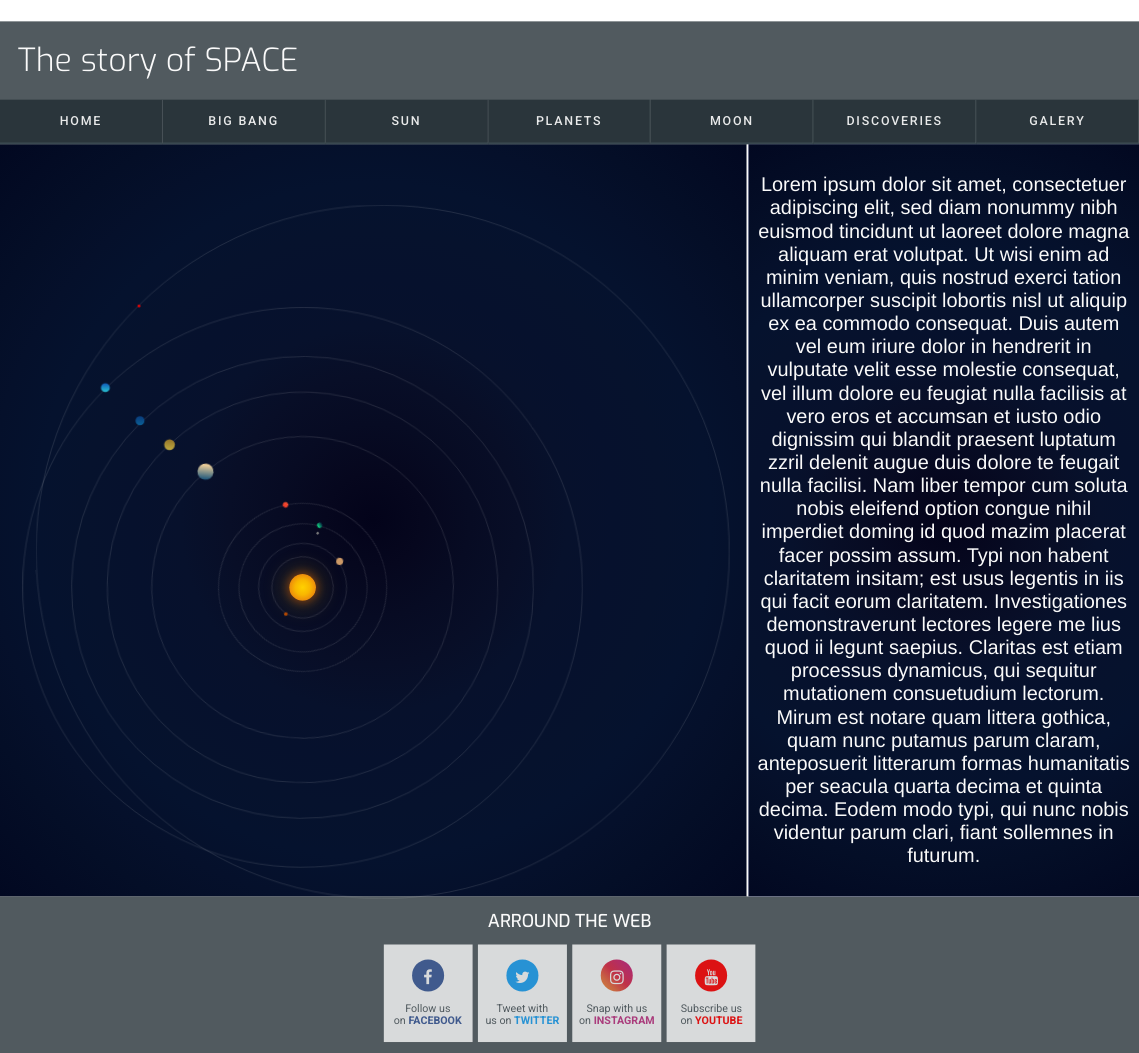
Repository: OlaQla/First-Milestones-Project
Page: index.html
The author's editor kept a record of every edit. The page is drawn from the files as they stood at one moment, then again after the next edit.
The browser window is 1280 px wide. The pictures show the whole page, at 89% of full size.
Backgrounds fixed to the window are drawn as part of the page. Some web libraries are served in a nearby version.

Above is the page before.

### index.html
<!DOCTYPE html>
<html lang="en">

<head>
    <meta charset="UTF-8">
    <meta name="viewport" content="width=device-width, initial-scale=1.0">
    <meta http-equiv="X-UA-Compatible" content="ie=edge">
    <title>Document</title>
    <link rel="stylesheet" href="https://maxcdn.bootstrapcdn.com/font-awesome/4.7.0/css/font-awesome.min.css" type="text/css" />
    <link rel="stylesheet" href="https://cdnjs.cloudflare.com/ajax/libs/hover.css/2.1.1/css/hover-min.css" type="text/css" />
    <link rel="stylesheet" href="https://cdnjs.cloudflare.com/ajax/libs/hover.css/2.1.1/css/hover-min.css" type="text/css" />
    <link rel="stylesheet" href="https://maxcdn.bootstrapcdn.com/font-awesome/4.7.0/css/font-awesome.min.css" type="text/css" />
    <link rel="stylesheet" href="main.css" type="text/css" />
</head>


<body>
    <header class="header">

        <div class="title">
            <h1>The story of <span>space</span></h1>
        </div>

        <nav class="menu" id="main-menu">
            <button class="menu-toggle" id="toggle-menu"> toggle menu </button>
            <div class="menu-dropdown">
                <ul class="nav-menu">
                    <li class="item-color  menuitem"><a href="#" class="home-button"><span >Home</span></a></li>
                    <li class="item-color  menuitem"><a href="#" class="bigBang-button"><span >Big Bang</span></a></li>
                    <li class="item-color  menuitem"><a href="# " class="sun-button"><span>Sun</span></a></li>

                    <div class=dropdown>
                        <li class="item-color menuitem"><a href="#" class="planets-button"><span>Planets</span></a>
                        </li>
                        <ul class="dropdown-content">
                            <li class="dropdownItem"><a href="" class="dropdownLink"><span>Mercury</span></a></li>
                            <li class="dropdownItem"><a href="" class="dropdownLink"><span>Venus</span></a></li>
                            <li class="dropdownItem"><a href="" class="dropdownLink"><span>Earth</span></a></li>
                            <li class="dropdownItem"><a href="" class="dropdownLink"><span>Mars</span></a></li>
                            <li class="dropdownItem"><a href="" class="dropdownLink"><span>Jupiter</span></a></li>
                            <li class="dropdownItem"><a href="" class="dropdownLink"><span>Saturn</span></a></li>
                            <li class="dropdownItem"><a href="" class="dropdownLink"><span>Uranus</span></a></li>
                            <li class="dropdownItem"><a href="" class="dropdownLink"><span>Neptun</span></a></li>
                        </ul>
                    </div>

                    <li class="item-color  menuitem"><a href="#" class="moon-button"><span>Moon</span></a></li>
                    <li class="item-color  menuitem"><a href="#" class="discoverires-button"><span >Discoveries</span></a></li>
                    <li class="item-color menuitem"><a href="#" class="galery-button"><span>Galery</span></a></li>
                </ul>
            </div>
        </nav>

    </header>
    <section class="wraper">
        <div class="container">
            <div class="column-main">

                <div class="solar">

                    <div class="sun"></div>

                    <div class="mercury-orbit">
                        <div class="mercury"></div>
                    </div>

                    <div class="venus-orbit">
                        <div class="venus"></div>
                    </div>

                    <div class="earth-orbit">
                        <div class="earth"></div>

                        <div class="moon-orbit">
                            <div class="moon"></div>
                        </div>
                    </div>

                    <div class="mars-orbit">
                        <div class="mars"></div>
                    </div>

                    <div class="jupiter-orbit">
                        <div class="jupiter"></div>
                    </div>

                    <div class="saturn-orbit">
                        <div class="saturn"></div>
                    </div>

                    <div class="uranus-orbit">
                        <div class="uranus"></div>
                    </div>

                    <div class="neptune-orbit">
                        <div class="neptune"></div>
                    </div>

                    <div class="pluto-orbit">
                        <div class="pluto"></div>
                    </div>

                    <div class="asteroids-orbit">
                        <div class="asteroids"></div>
                    </div>


                </div>

            </div>

            <div class="column-sidebar">
                <p>Lorem ipsum dolor sit amet, consectetuer adipiscing elit, sed diam nonummy nibh euismod tincidunt ut laoreet dolore magna aliquam erat volutpat. Ut wisi enim ad minim veniam, quis nostrud exerci tation ullamcorper suscipit lobortis nisl
                    ut aliquip ex ea commodo consequat. Duis autem vel eum iriure dolor in hendrerit in vulputate velit esse molestie consequat, vel illum dolore eu feugiat nulla facilisis at vero eros et accumsan et iusto odio dignissim qui blandit praesent
                    luptatum zzril delenit augue duis dolore te feugait nulla facilisi. Nam liber tempor cum soluta nobis eleifend option congue nihil imperdiet doming id quod mazim placerat facer possim assum. Typi non habent claritatem insitam; est
                    usus legentis in iis qui facit eorum claritatem. Investigationes demonstraverunt lectores legere me lius quod ii legunt saepius. Claritas est etiam processus dynamicus, qui sequitur mutationem consuetudium lectorum. Mirum est notare
                    quam littera gothica, quam nunc putamus parum claram, anteposuerit litterarum formas humanitatis per seacula quarta decima et quinta decima. Eodem modo typi, qui nunc nobis videntur parum clari, fiant sollemnes in futurum.</p>
            </div>
        </div>

    </section>

    <footer>
        <div class="conteiner-footer clearfix">



            <div class="section-media">
                <h5 class="uppercase general-sub">Arround The Web</h5>
                <ul class="social-links">
                    <li class="list-item">
                        <a target="_blank" href="#">
                            <i class="fa fa-facebook facebook-icon" aria-hidden="true"></i>
                            <span class="sr-only">Facebook</span>
                        </a>
                        <p>Follow us </br> on <span class="facebook-text">facebook</span></p>
                    </li>
                    <li class="list-item">
                        <a target="_blank" href="#">
                            <i class="fa fa-twitter twitter-icon" aria-hidden="true"></i>
                            <span class="sr-only">Twitter</span>
                        </a>
                        <p>Tweet with </br> us on <span class="twitter-text">twitter</span></p>
                    </li>

                    <li class="list-item">
                        <a target="_blank" href="#">
                            <i class="fa fa-instagram insta-icon" aria-hidden="true"></i>
                            <span class="sr-only">Instagram</span>
                        </a>
                        <p>Snap with us </br> on <span class="insta-text">Instagram</span></p>
                    </li>
                    <li class="list-item">
                        <a target="_blank" href="#">
                            <i class="fa fa-youtube youtube-icon" aria-hidden="true"></i>
                            <span class="sr-only">YouTube</span>
                        </a>
                        <p>Subscribe us </br> on <span class="youtube-text">YouTube</span></p>
                    </li>
                </ul>
            </div>
        </div>
    </footer>
    <script type="text/javascript">
        (function() {
            var button = document.getElementById('toggle-menu');
            button.addEventListener('click', function(event) {
                event.preventDefault();
                var menu = document.getElementById('main-menu');
                menu.classList.toggle('is-open');
            });
        })();
    </script>
</body>

</html>

### main.css
@import url('https://fonts.googleapis.com/css?family=Roboto:100,200,300,400,500,600,700|Exo:100,200,300,400,500,600,700');

:root {
    box-sizing: border-box;
    font-size: calc(1vw + 0.6em);
}

*,
*::before,
*::after {
    box-sizing: inherit;
}


body {
    margin: 0;
    font-family: Helvetica, Arial, sans-serif;
}


/*-----------------------------------------------dropdown*/

.dropdown {
    display: inline-block;
    position: relative;
    margin: 0;
    padding: 0;
}

.dropdown-content {
    display: none;
    position: absolute;
    list-style: none;
    background-color: #dae2e5;
    min-width: 250px;
    box-shadow: 0px 8px 16px 0px rgba(0, 0, 0, 0.2);
    z-index: 1;

}

.dropdownLink {
    width: 100%;
    text-decoration: none;
    display: block;
    background-color: #dae2e5;
    border-bottom: 1px solid #c3cfd5;
    padding: 10px 5px;

}

.dropdown:hover .dropdown-content {
    display: block;
}

.dropdownLink span {
    font-family: "Roboto", sans-serif;
    display: block;
    width: 100%;
    text-align: left;
    text-transform: uppercase;
    font-size: 14px;
    font-weight: 400;
    letter-spacing: 2px;
}


.item-color {
    background-color: #263238;
    opacity: 0.9;
}




/*-----------------------------------------------Header*/

.header {
    padding: 0px;
    background-color: #515a5f;
    font-family: "Exo", sans-serif;


}


.title {
    color: #fafafa;
    font-size: 16px;
    margin: 0;

}

.title span {
    text-transform: uppercase;
    font-weight: 300;
}

.title h1 {
    font-weight: 300;
    color: #fafafa;
    padding: 20px;
    margin-bottom: 0px;
}


/*-----------------------------------------------Nav-Menu*/

.menu {
    position: relative;
}

.nav-menu {

    list-style: none;
    margin-top: 0;
}


.menuitem {

    text-decoration: none;
    height: 50px;
    text-align: left;
    padding: 0;
    border-bottom: 2px solid #37474F;
}

.menuitem a {
    text-decoration: none;
    color: #fafafa;

}

.menuitem span {
    font-family: "Roboto", sans-serif;
    display: block;
    width: 100%;
    padding: 15px 15px;
    text-align: left;
    text-transform: uppercase;
    font-size: 14px;
    font-weight: 400;
    letter-spacing: 2px;
}

.menu-toggle {
    position: absolute;
    top: -1.5em;
    right: 2px;
    border: 0;
    background-color: transparent;
    font-size: 35px;
    width: 1em;
    height: 1em;
    line-height: 0.4em;
    text-indent: 5em;
    white-space: nowrap;
    overflow: hidden;
}

.menu-toggle::after {
    position: absolute;
    top: 0.2em;
    left: 0.2em;
    display: block;
    content: "\2261";
    text-indent: 0;


}

button {
    color: #2BBBAD;
    padding: 0;

}

.menu-dropdown {
    display: none;
    position: absolute;
    right: 0;
    left: 0;
    margin-top: 0px;


}

.menu.is-open .menu-dropdown {
    display: block;

}

/*-----------------------------------------------Media-Header*/

@media (min-width: 768px) {
    .title>h1 {
        font-size: 2.25em;
    }
}

@media (min-width: 560px) {
    .header>h1 {
        padding: 1em;
    }
}

@media (min-width: 768px) {
    .menu-toggle {
        display: none;
    }

    .menu-dropdown {
        display: block;
        position: static;
    }
}

@media (min-width: 768px) {
    .nav-menu {
        display: flex;
        border: 0;
        padding: 0;
        margin: 0;
    }

}

@media (min-width: 768px) {
    .nav-menu>li {
        flex: 1;
        border-right: 1px #515a5f solid;
    }
    .nav-menu>div {
        flex: 1;
        border-right: 1px #515a5f solid;
    }

    .nav-menu>li>a>span {
        text-align: center;
        padding: 15px 15px;
        font-weight: 500;
    }

    .nav-menu>div>li>a {
        text-align: center;

        font-weight: 500;
        padding: 0;
        display: block;
    }

    .nav-menu>li>a {
        text-align: center;
        font-weight: 500;
        padding: 0;
        display: block;
    }

}

.nav-menu>div>li>a>span {
    text-align: center;
    font-weight: 500;
    padding: 15px 15px;
}



@media (min-width: 768px) {

    .home-button :hover {
        color: #2BBBAD;


    }
    .bigBang-button :hover {
        color: #4285F4;
    }
    .sun-button :hover {
        color: #ffff00;
    }
    .planets-button:hover {
        color: #00C851;
    }
    .moon-button :hover {
        color: #ffb300;
    }
    .discoverires-button:hover {
        color: rgba(205, 220, 57, 0.7);
    }
    .galery-button :hover {
        color: rgba(0, 188, 212, 0.7);
    }

    li {

        transition-duration: 1s;
        transition-timing-function: easy-in-out;
    }

    li:hover {
        transform: scale(1.1);

    }
}

@media (max-width: 767px) {
    .dropdown:hover .dropdown-content {
        display: none;
    }

    .dropdown {
        display: block;
        margin: 0;
        padding: 0;
    }

    .dropdown .planets-button span {
        width: 100%;
        text-align: left;
        padding-left: 15px 15px;
        font-weight: 400;
    }
}


/*-----------------------------------------------Footer*/

footer {
    display: block;
    background-color: #515a5f;
    color: #fafafa;
    min-height: 120px;
    margin: 0;


}


.general-sub {
    font-family: "Exo", sans-serif;
    text-align: center;
    font-size: 20px;
    font-weight: 500;
    color: #fafafa;
    margin: 0px
}


.section-media {
    width: 100%;
    float: center;
    padding-top: 15px;
    margin-right: 0;
}

.clearfix:after {
    content: " ";
    visibility: hidden;
    display: block;
    height: 0;
    clear: both;
}


.uppercase {
    text-transform: uppercase;
}



.inline-block {
    display: inline-block;
}

.social-links {
    display: block;
    text-align: center;
    list-style: none;
    padding: 10px 5px;
    margin: 0;
}

.list-item {
    margin: 2px 0;
    width: 100px;
    height: 90px;
    padding: 5px 5px;
    display: inline-table;
    background-color: #fafafa;
    opacity: 0.8;
}

.facebook-icon {
    background-color: #3C5A99;
}

.facebook-text {
    color: #3C5A99;
}

.twitter-icon {
    background-color: #1DA1F2;
}

.twitter-text {
    color: #1DA1F2;
}

.insta-icon {
    background: linear-gradient(45deg, #f09433 0%, #e6683c 25%, #dc2743 50%, #cc2366 75%, #bc1888 100%);
}

.insta-text {
    color: #c13584;
}

.youtube-icon {
    background-color: #ff0000;
}

.youtube-text {
    color: #ff0000;
}

.social-links p {
    font-family: Roboto, sans-serif;
    color: #515a5f;
    font-size: 12px;
    font-weight: 400;
    text-align: center;
}

.social-links p span {
    text-transform: uppercase;
    font-weight: bolder;
}

.social-links li a i {
    width: 36px;
    height: 36px;
    padding: 18px 0;
    margin-top: 12px;
    border-radius: 50%;
    font-size: 18px;
    line-height: 7px;
    text-align: center;
    color: #fafafa;
    transition: all 0.35s ease-in-out;
    -moz-transition: all 0.35s ease-in-out;
    -webkit-transition: all 0.35s ease-in-out;
    -o-transition: all 0.35s ease-in-out;
}


@media (min-width: 768px) {
    .section-download i {

        transition-duration: 1s;
        transition-timing-function: easy-in-out;
    }

    .section-download i:hover {
        transform: scale(1.1);

    }
}

/*-----------------------------------------------HomePage*/

.container {
    display: flex;
}

.container>*+* {
    margin-top: 0;
    margin-left: 0px;
}

.column-main {
    flex: 2;
}

.column-sidebar {
    flex: 1;
}


/*--------------------------------------------column-main */
.column-sidebar{
    background-color: #c1c1f8;
    color:#fafafa;
    text-align: center;
    padding: 10px 10px;
        background-image: radial-gradient(circle, #03031a, #06071e, #070b23, #080e27, #07112c, #06112d, #06122d, #05122e, #05102b, #040e27, #030b24, #020821);

}
.column-main {
    font: Arial, sans-serif;
    color: #fff;
    background-image: radial-gradient(circle, #03031a, #06071e, #070b23, #080e27, #07112c, #06112d, #06122d, #05122e, #05102b, #040e27, #030b24, #020821);
    background-attachment: fixed;
    background-repeat: no-repeat;
    border-right: 2px solid #fafafa;

}
  .solar{
    position: absolute;
    top: 50%;
    left: 50%;
    margin-top: 300px;
    margin-left: -300px;
}

.sun {
    width: 30px;
    height: 30px;
    border-radius: 100%;
    position: absolute;
    top: 50%;
    left: 50%;
    transform: translate(-50%, -50%);
    background: radial-gradient(ellipse at center, #ffd000 1%, #f9b700 39%, #f9b700 39%, #e06317 100%);
    box-shadow: 0 0 10px 2px rgba(255, 107, 0, 0.4), 0 0 22px 11px rgba(255, 203, 0, 0.13);
}


.mercury-orbit {
    height: 70px;
    width: 70px;
    border-radius: 100%;
    position: absolute;
    top: 50%;
    left: 50%;
    transform: translate(-50%, -50%);
    margin-top: -35px;
    margin-left: -35px;
    border: 1px rgba(219, 219, 219, 0.15) solid;
    animation: spin 7s infinite linear;
}

.mercury {
    height: 4px;
    width: 4px;
    border-radius: 100%;
    position: absolute;
    top: 50%;
    left: 50%;
    transform: translate(-50%, -50%);
    margin-top: -25px;
    margin-left: -25px;
    background: #b34700;
}

.venus-orbit {
    height: 100px;
    width: 100px;
    border-radius: 100%;
    position: absolute;
    top: 50%;
    left: 50%;
    transform: translate(-50%, -50%);
    margin-top: -50px;
    margin-left: -50px;
    border: 1px rgba(219, 219, 219, 0.15) solid;
    animation: spin 18s infinite linear;
}

.venus {
    height: 8px;
    width: 8px;
    border-radius: 100%;
    position: absolute;
    top: 50%;
    left: 50%;
    transform: translate(-50%, -50%);
    margin-top: -36px;
    margin-left: -36px;
    background: #cc9966;
}

.earth-orbit {
    height: 145px;
    width: 145px;
    border-radius: 100%;
    position: absolute;
    top: 50%;
    left: 50%;
    transform: translate(-50%, -50%);
    margin-top: -72px;
    margin-left: -72px;
    border: 1px rgba(219, 219, 219, 0.15) solid;
    animation: spin 30s infinite linear;
}

.earth {
    height: 6px;
    width: 6px;
    border-radius: 100%;
    position: absolute;
    top: 50%;
    left: 50%;
    transform: translate(-50%, -50%);
    margin-top: -52px;
    margin-left: -52px;
    background: linear-gradient(#051937, #12EB8D);
}

.moon-orbit {
    height: 18px;
    width: 18px;
    border-radius: 100%;
    position: absolute;
    top: 50%;
    left: 50%;
    transform: translate(-50%, -50%);
    margin-top: -61px;
    margin-left: -61px;
    border: 1px rgba(219, 219, 219, 0.0) solid;
    animation: spin 2s infinite linear;
}

.moon {
    height: 3px;
    width: 3px;
    border-radius: 100%;
    position: absolute;
    top: 50%;
    left: 50%;
    transform: translate(-50%, -50%);
    margin-top: -8px;
    margin-left: -8px;
    background: grey;
    animation: spin 1s infinite linear;
}

.mars-orbit {
    height: 190px;
    width: 190px;
    border-radius: 100%;
    position: absolute;
    top: 50%;
    left: 50%;
    transform: translate(-50%, -50%);
    margin-top: -95px;
    margin-left: -95px;
    border: 1px rgba(219, 219, 219, 0.15) solid;
    animation: spin 54s infinite linear;
}

.mars {
    height: 6px;
    width: 6px;
    border-radius: 100%;
    position: absolute;
    top: 50%;
    left: 50%;
    transform: translate(-50%, -50%);
    margin-top: -67px;
    margin-left: -67px;
    background: linear-gradient(#f85032, #e73827);
}


.jupiter-orbit {
    height: 340px;
    width: 340px;
    border-radius: 100%;
    position: absolute;
    top: 50%;
    left: 50%;
    transform: translate(-50%, -50%);
    margin-top: -170px;
    margin-left: -170px;
    border: 1px rgba(219, 219, 219, 0.15) solid;
    animation: spin 360s infinite linear;
}



.jupiter {
    height: 18px;
    width: 18px;
    border-radius: 100%;
    position: absolute;
    top: 50%;
    left: 50%;
    transform: translate(-50%, -50%);
    margin-top: -120px;
    margin-left: -120px;
    background: linear-gradient(#ffd89b, #19547b);
}

.saturn-orbit {
    height: 440px;
    width: 440px;
    border-radius: 100%;
    position: absolute;
    top: 50%;
    left: 50%;
    transform: translate(-50%, -50%);
    margin-top: -220px;
    margin-left: -220px;
    border: 1px rgba(219, 219, 219, 0.15) solid;
    animation: spin 900s infinite linear;
}

.saturn {
    height: 12px;
    width: 12px;
    border-radius: 100%;
    position: absolute;
    top: 50%;
    left: 50%;
    transform: translate(-50%, -50%);
    margin-top: -155px;
    margin-left: -155px;
    background: linear-gradient(#947429, #BEA83F);
}

.uranus-orbit {
    height: 520px;
    width: 520px;
    border-radius: 100%;
    position: absolute;
    top: 50%;
    left: 50%;
    transform: translate(-50%, -50%);
    margin-top: -260px;
    margin-left: -260px;
    border: 1px rgba(219, 219, 219, 0.15) solid;
    animation: spin 2520s infinite linear;
}

.uranus {
    height: 10px;
    width: 10px;
    border-radius: 100%;
    position: absolute;
    top: 50%;
    left: 50%;
    transform: translate(-50%, -50%);
    margin-top: -185px;
    margin-left: -185px;
    background: linear-gradient(#093B7C, #0A6096);
}

.neptune-orbit {
    height: 630px;
    width: 630px;
    border-radius: 100%;
    position: absolute;
    top: 50%;
    left: 50%;
    transform: translate(-50%, -50%);
    margin-top: -315px;
    margin-left: -315px;
    border: 1px rgba(219, 219, 219, 0.15) solid;
    animation: spin 4950s infinite linear;
}

.neptune {
    height: 10px;
    width: 10px;
    border-radius: 100%;
    position: absolute;
    top: 50%;
    left: 50%;
    transform: translate(-50%, -50%);
    margin-top: -223px;
    margin-left: -223px;
    background: linear-gradient(#0F59B9, #28C2D1);
}

.pluto-orbit {
    height: 780px;
    width: 780px;
    border-radius: 100%;
    position: absolute;
    top: 50%;
    left: 50%;
    transform: translate(-50%, -50%);
    margin-top: -430px;
    margin-left: -300px;
    border: 1px rgba(219, 219, 219, 0.15) solid;
    animation: spin 7440s infinite linear;
}

.pluto {
    height: 3px;
    width: 3px;
    border-radius: 100%;
    position: absolute;
    top: 50%;
    left: 50%;
    transform: translate(-50%, -50%);
    margin-top: -275px;
    margin-left: -275px;
    background: red;
}



@keyframes spin {
    from {
        transform: rotate(0);
    }

    to {
        transform: rotate(360deg);
    }
}



 @media (max-width:767px)  {
     .container{
     flex-wrap:wrap;
     flex-direction:column;
     }

     .column-main{
         flex-grow: 2;

     }

      /*.column-sidebar{
         flex-basis: 100%;
         height:33%;

     }*/
 }

After the next edit:
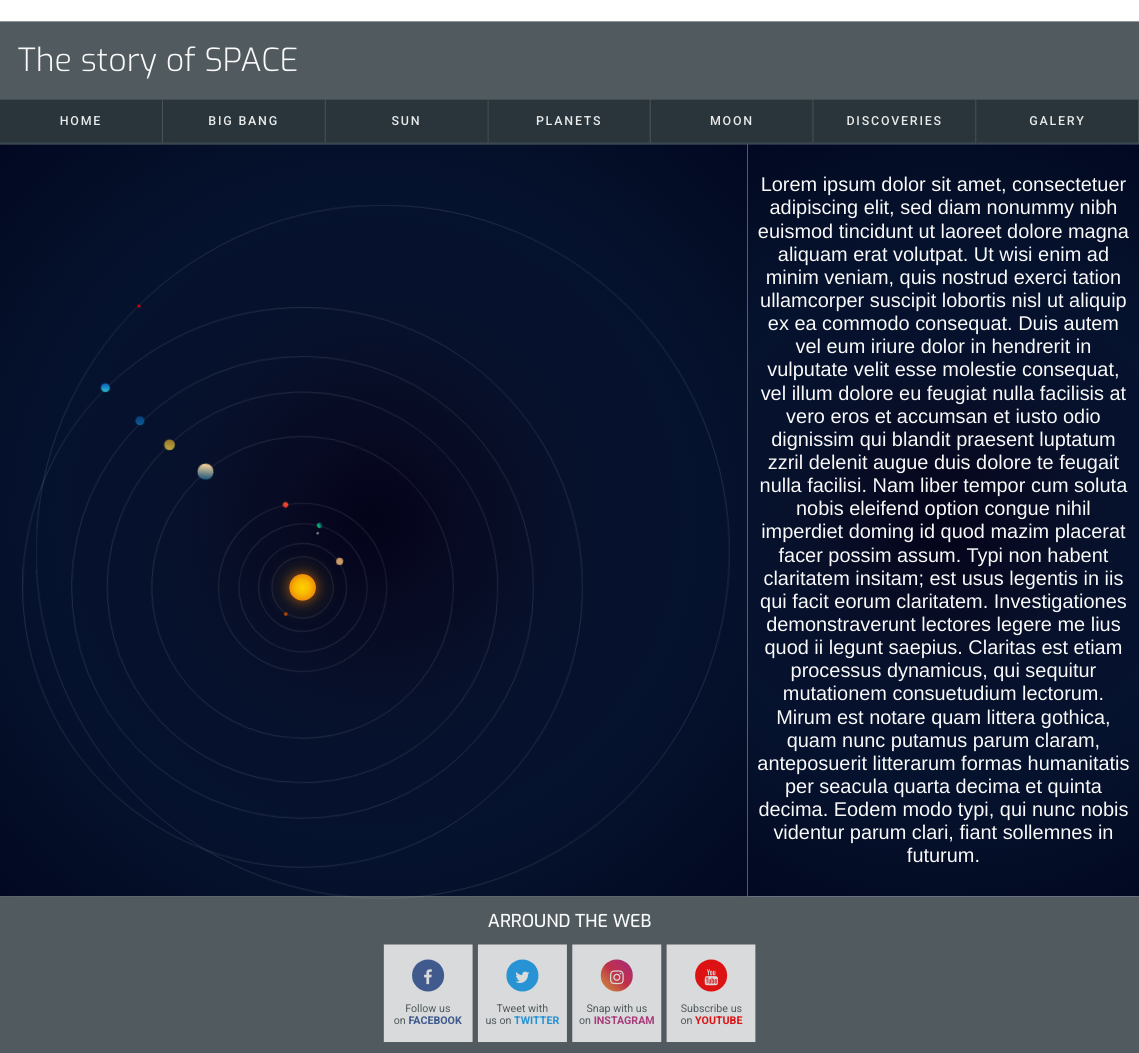
The edit:
--- a/main.css
+++ b/main.css
@@ -501,7 +501,7 @@
     background-image: radial-gradient(circle, #03031a, #06071e, #070b23, #080e27, #07112c, #06112d, #06122d, #05122e, #05102b, #040e27, #030b24, #020821);
     background-attachment: fixed;
     background-repeat: no-repeat;
-    border-right: 2px solid #fafafa;
+
 
 }
   .solar{
